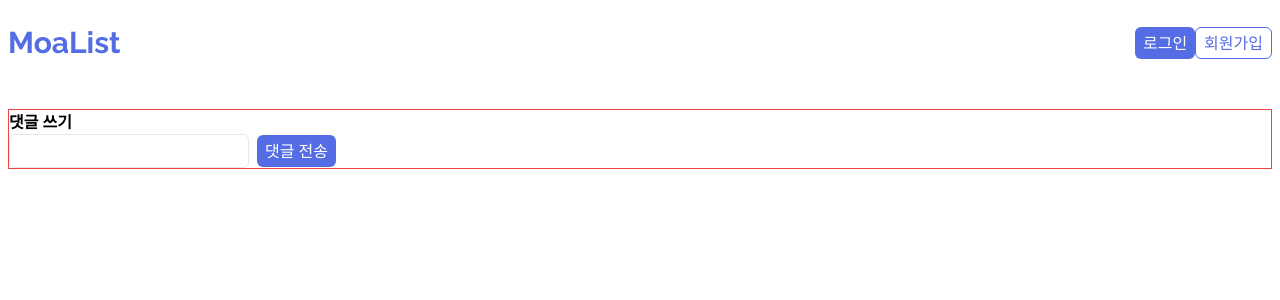
Repository: wisdomshin/moa-list
Page: /comment/new
These files come from the project's save history. The page is drawn as it stood at one moment and after the next save; the edit follows.
The browser window is 1280 px wide. The pictures show the whole page.
The page's requests for data from a server got no answer. The project was rebuilt for these pictures with package versions that can differ from the ones it lists, and the page was loaded fresh each time. The framework's server and built-in components were replaced by stand-ins that run in the browser. No one was signed in, and anything a server would have sent is missing. Also part of the build but not shown: next.config.mjs, components/layout/LogoutBtn.js.

Above is the page before, as saved 2024-02-21 00:24:23.

After the next save:
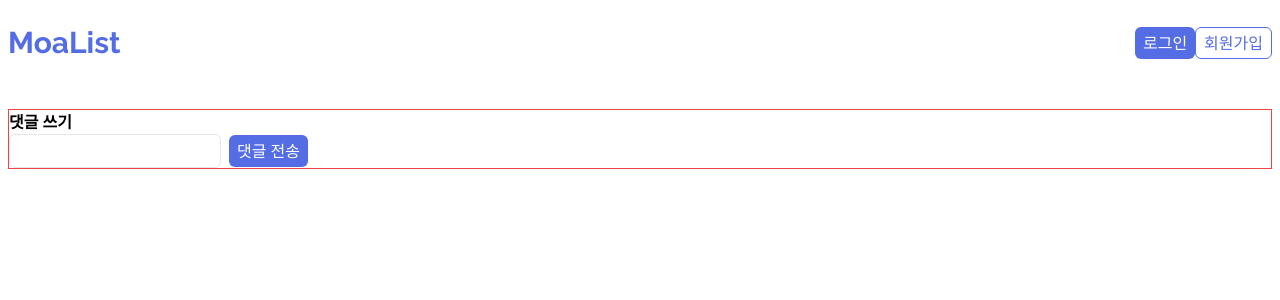
Saved 5 s later.
--- a/app/comment/new/page.js
+++ b/app/comment/new/page.js
@@ -2,7 +2,7 @@ export default function CommentWrite() {
   return (
     <section className='border border-red-500'>
       <b className='block'>댓글 쓰기</b>
-      <input type='text' className='p-1 mr-2 border rounded-md w-60' />
+      <input type='text' className='p-1 mr-2 border rounded-md w-600' />
       <button className='px-2 py-1 rounded-md bg-[#546de5] text-white'>
         댓글 전송
       </button>
